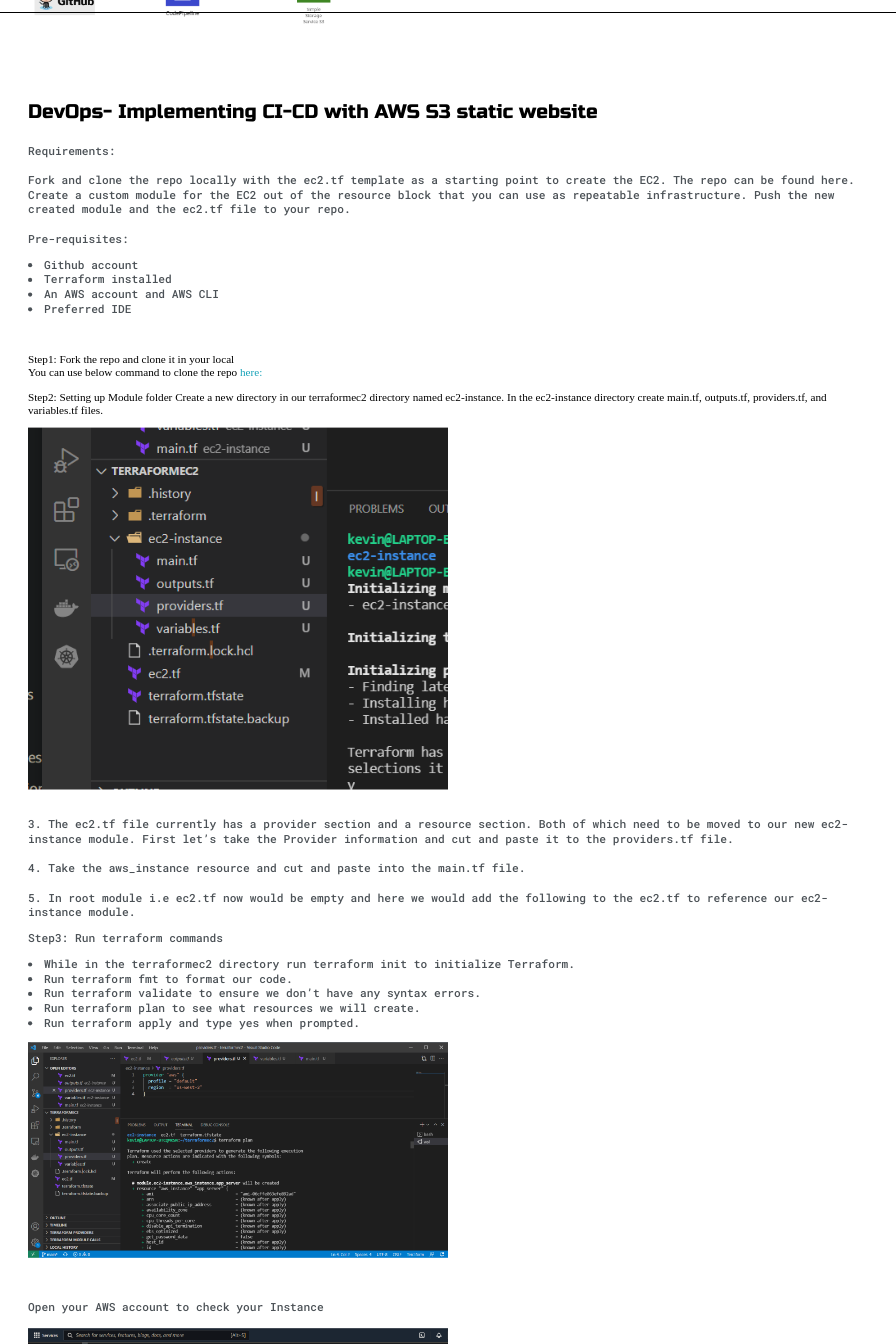
Repository: kevAnto/P_folio
Page: static.html
An editor plug-in stored every save of this project. The page is shown before and after the next save, followed by the edit.
The browser window is 1280 px wide. The pictures show the part of the page from y = 347 to 2267 px (the page is 3127 px tall before and 3106 px after), at 70% of full size.

Above is the page before, as saved 2022-02-24 11:33:00.

### static.html
<!DOCTYPE html>
<html>

<head>
	<title>Antoine Choula</title>


	<meta name="viewport" content="width=device-width, initial-scale=1, maximum-scale=1, minimum-scale=1" />

	<link href="https://fonts.googleapis.com/css2?family=Russo+One&amp;display=swap" rel="stylesheet">

	<link href="https://fonts.googleapis.com/css2?family=Roboto+Mono:wght@500&amp;display=swap" rel="stylesheet">

	<link rel="stylesheet" type="text/css" href="default.css">


	<style type="text/css">
		.img-container{
			max-width: 600px;
		}

		img{
			width: 100%
		}

	</style>

</head>
<body>
	<div class="nav-wrapper">

		<!-- Link around dots-wrapper added after tutorial video -->
		<a href="index.html">
			<div class="dots-wrapper">
				<div id="dot-1" class="browser-dot"></div>
				<div id="dot-2" class="browser-dot"></div>
				<div id="dot-3" class="browser-dot"></div>
			</div>
		</a>

		<ul id="navigation">
			<li><a href="index.html">About</a></li>
			<li><a href="blog.html">Blog</a></li>
			<li><a href="index.html#contact">Contact</a></li>

		</ul>
	</div>

	<div class="main-container">
		<br>

		<div class="img-container">
			<img src="images/static.png">
		</div>

		<h3>DevOps- Implementing CI-CD with AWS S3 static website</h3>


		<p> Requirements: <br><br>

            Fork and clone the repo locally with the ec2.tf template as a starting point to create the EC2. The repo can be found here.
            Create a custom module for the EC2 out of the resource block that you can use as repeatable infrastructure.
            Push the new created module and the ec2.tf file to your repo. <br><br>

        Pre-requisites:

            <li>Github account</li>
            <li>Terraform installed</li>
            <li>An AWS account and AWS CLI</li>
            <li>Preferred IDE</li>
		<br>
		<br>

		<br>
			Step1: Fork the repo and clone it in your local

		<br>
        You can use below command to clone the repo <a href="https://github.com/kevAnto/terraformec2/blob/main/ec2.tf">here:</a> <br><br>

        Step2: Setting up Module folder

    Create a new directory in our terraformec2 directory named ec2-instance.
    In the ec2-instance directory create main.tf, outputs.tf, providers.tf, and variables.tf files.
		</p>

		<div class="img-container">
			<img src="images/tf1(1).PNG">
		</div>

		<br>
		<p>
            3. The ec2.tf file currently has a provider section and a resource section. Both of which need to be moved to our new ec2-instance module. First let’s take the Provider information and cut and paste it to the providers.tf file.
		<br>
		<br>
		    4. Take the aws_instance resource and cut and paste into the main.tf file.
		<br>

        <br>

            5. In root module i.e ec2.tf now would be empty and here we would add the following to the ec2.tf to reference our ec2-instance module.

		<br>

        <p>
            Step3: Run terraform commands


            <li>While in the terraformec2 directory run terraform init to initialize Terraform.</li>
            <li>Run terraform fmt to format our code.</li>
            <li>Run terraform validate to ensure we don’t have any syntax errors.</li>
            <li>Run terraform plan to see what resources we will create.</li>
            <li>Run terraform apply and type yes when prompted.</li>

		<br>

		<div class="img-container">
			<img src="images/tf2(1).PNG">
		</div>

		<br>
		<p>
		<br>
		Open your AWS account to check your Instance

		<br>

		<div class="img-container">
			<img src="images/running.PNG">
		</div>

		<p>
            <br>Step5: Destroy the resources <br> <br>Once you are done with creation of resources and you have verified it,
		<br>

		<div class="img-container">
			<img src="images/tf3(1).PNG">
		</div>

		<br>
		<p>
            <p>
             Next step is to destroy all the resources created in order to avoid any unnecessary charges from AWS.
            <br>

		<br>

		<div class="img-container">
			<img src="images/tf4.PNG">
		</div>
		<p>


            <br>



	</div>

</body>

</html>

### default.css
:root{
	--mainColor:#eaeaea;
	--secondaryColor:#fff;

	--borderColor:#c1c1c1;

	--mainText:black;
	--secondaryText:#4b5156;

	--themeDotBorder:#24292e;

	--previewBg:rgb(251, 249, 243, 0.8);
	--previewShadow:#f0ead6;


	--buttonColor:black;


}


html, body{
	padding: 0;
	margin: 0;
	scroll-behavior: smooth;
}

body *{
	transition: 0.3s;
}


h1, h2, h3, h4, h5, h6, strong{
	color: var(--mainText);
	font-family: 'Russo One', sans-serif;
	font-weight: 500;
}

p, li, span, label, input, textarea{
	color: var(--secondaryText);
	font-family: 'Roboto Mono', monospace;
}

a{
	text-decoration: none;
	color:#17a2b8;
}

ul{
	list-style: none;
}

h1 { font-size: 56px;}
h2 { font-size: 36px;}
h3 { font-size: 28px;}
h4 { font-size: 24px;}
h5 { font-size: 20px;}
h6 { font-size: 16px;}


.s1{
	background-color: var(--mainColor);
	border-bottom:1px solid var(--borderColor);
	overflow:auto;
}

.s2{
	background-color: var(--secondaryColor);
	border-bottom:1px solid var(--borderColor);
	overflow:auto;
}




.main-container{
	width: 1200px;
	margin: 0 auto;
}


.greeting-wrapper{
	display: grid;
	text-align: center;
	align-content: center;
	min-height: 10em;

}

.intro-wrapper{
	background-color: var(--secondaryColor);
	border:1px solid var(--borderColor);
	border-radius:5px 5px 0 0;


	-webkit-box-shadow: -1px 1px 3px -1px rgba(0,0,0,0.75);
	-moz-box-shadow: -1px 1px 3px -1px rgba(0,0,0,0.75);
	box-shadow: -1px 1px 3px -1px rgba(0,0,0,0.75);

	display: grid;
	grid-template-columns: 1fr 1fr;
	grid-template-areas:
		'nav-wrapper nav-wrapper'
		'left-column right-column'
	;
}


.nav-wrapper{
	border-radius:5px 5px 0 0;
	grid-area:nav-wrapper;
	border-bottom: 1px solid var(--borderColor);
	display: flex;
	justify-content: space-between;
	align-items: center;
	background-color: var(--mainColor);
}

#navigation a{
	color:var(--mainText);
}


#navigation{
	margin:0;
	padding: 10px;
}

#navigation li{
	display: inline-block;
	margin-right: 5px;
	margin-left:5px;
}

.dots-wrapper{
	display: flex;
	padding: 10px;
}

#dot-1{
	background-color:  #2ACA3E;
}

#dot-2{
	background-color:  #FC6058;
}

#dot-3{
	background-color:  #FEC02F;
}

.browser-dot{
	background-color: black;
	height: 15px;
	width: 15px;
	border-radius: 50%;
	margin: 5px;

	-webkit-box-shadow: -1px 1px 3px -1px rgba(0,0,0,0.75);
	-moz-box-shadow: -1px 1px 3px -1px rgba(0,0,0,0.75);
	box-shadow: -1px 1px 3px -1px rgba(0,0,0,0.75);

}


.left-column{
	grid-area: left-column;
	padding-top:50px;
	padding-bottom: 50px;
}

#profile_pic{
	display: block;
	margin:0 auto;

	height: 200px;
	width: 200px;
	object-fit: cover;
	border:2px solid var(--borderColor);
}


#theme-options-wrapper{
	display: flex;
	justify-content: center;
}

.theme-dot{
	height: 30px;
	width: 30px;
	background-color: black;
	border-radius: 50%;

	margin: 5px;
	border:2px solid var(--themeDotBorder);

	-webkit-box-shadow: -1px 1px 3px -1px rgba(0,0,0,0.75);
	-moz-box-shadow: -1px 1px 3px -1px rgba(0,0,0,0.75);
	box-shadow: -1px 1px 3px -1px rgba(0,0,0,0.75);

	cursor: pointer;
}


.theme-dot:hover{
	border-width: 5px;
}


#light-mode{
	background-color: #fff;
}

#blue-mode{
	background-color: #192734;
}

#green-mode{
	background-color: #78866b;
}

#purple-mode{
	background-color: #7E4C74;
}

#settings-note{
	font-size: 12px;
	font-style: italic;
	text-align: center;
}

.right-column{
	grid-area: right-column;
	display: grid;
	align-content: center;

	padding-top: 50px;
	padding-bottom: 50px;
}


#preview-shadow{
	background-color: var(--previewShadow);
	max-width: 300px;
	height: 180px;
	padding-left: 30px;
	padding-top: 30px;
}

#preview{
	width: 300px;
	border:1.5px solid #17a2b8;
	background-color: var(--previewBg);
	padding:15px;
	position: relative;
}

.corner{
	width:7px;
	height: 7px;
	border-radius: 50%;
	border:1.5px solid #17a2b8;
	background-color: #fff;
	position: absolute;
}

#corner-tl{
	top:-5px;
	left: -5px
}

#corner-tr{
	top:-5px;
	right: -5px
}


#corner-br{
	bottom:-5px;
	right: -5px
}


#corner-bl{
	bottom:-5px;
	left: -5px
}

.about-wrapper{
	display: grid;
	grid-template-columns: repeat(auto-fit, minmax(320px, 1fr));
	padding-bottom: 50px;
	padding-top: 50px;
	gap:100px;
}


#skills{
	display: flex;
	justify-content: space-evenly;
	background-color: var(--previewShadow);
}

.social-links{
	display: grid;
	align-content: center;
	text-align: center;
}

#social_img{
	width: 100%;
}


.post-wrapper{
	display: grid;
	grid-template-columns: repeat(auto-fit, 320px);
	gap:20px;
	justify-content: center;
	padding-bottom: 50px;
}

.post{
	border:1px solid var(--borderColor);
	-webkit-box-shadow: -2px 7px 21px -9px rgba(0,0,0,0.75);
	-moz-box-shadow: -2px 7px 21px -9px rgba(0,0,0,0.75);
	box-shadow: -2px 7px 21px -9px rgba(0,0,0,0.75);
}

.thumbnail{
	display: block;
	width: 100%;
	height:180px;
	object-fit: cover;
}

.sami{
	display: flex;
	width: 40%;
	height:80px;
	object-fit: cover;

}

.sami1 {
	display: grid;
	grid-gap: 1px;
	grid-template-columns: minmax(200px, 1fr) 200px 200px;
	background-color: #fff;
	color: #444;
	width: 40%;
	height:80px;
	object-fit: cover;
  }

  .sami2 {

	grid-template-columns: minmax(200px, 1fr) 200px 400px;

  }

.post-preview{
	background-color: #fff;
	padding:15px;
}

.post-title{
	color:black;
	margin: 0;
}

.post-intro{
	color:#4b5156;
	font-size: 14px;
}


#contact-form{
	display: block;
	max-width: 600px;
	margin: 0 auto;
	border: 1px solid var(--borderColor);
	padding: 15px;
	border-radius: 5px;
	background-color: var(--mainColor);
	margin-bottom: 50px;

}

#contact-form label{
	line-height: 2.7em;
}

#contact-form textarea{
	min-height: 100px;
	font-size: 14px;
}


.input-field{
	width: 100%;
	padding-top: 10px;
	padding-bottom:10px;
	background-color: var(--secondaryColor);
	border-radius: 5px;
	border:1px solid var(--borderColor);
	font-size: 14px;
}


#submit-btn{
	margin-top: 10px;
	width: 100%;
	padding-top: 10px;
	padding-bottom:10px;
	color: #fff;
	background-color: var(--buttonColor);
	border:none;
}


@media screen and (max-width: 1200px){
	.main-container{
		width: 95%;
	}
}

@media screen and (max-width: 800px){
	.intro-wrapper{
		grid-template-columns: 1fr;
		grid-template-areas:
			'nav-wrapper'
			'left-column'
			'right-column'
		;
	}

	.right-column{
		justify-content: center;
	}

}

@media screen and (max-width: 400px){
	#preview-shadow{
		max-width: 280px;
		height: 180px;
		padding-left: 10px;
		padding-top: 10px;
	}

	#preview{
		width: 280px;

	}

}

After the next save:
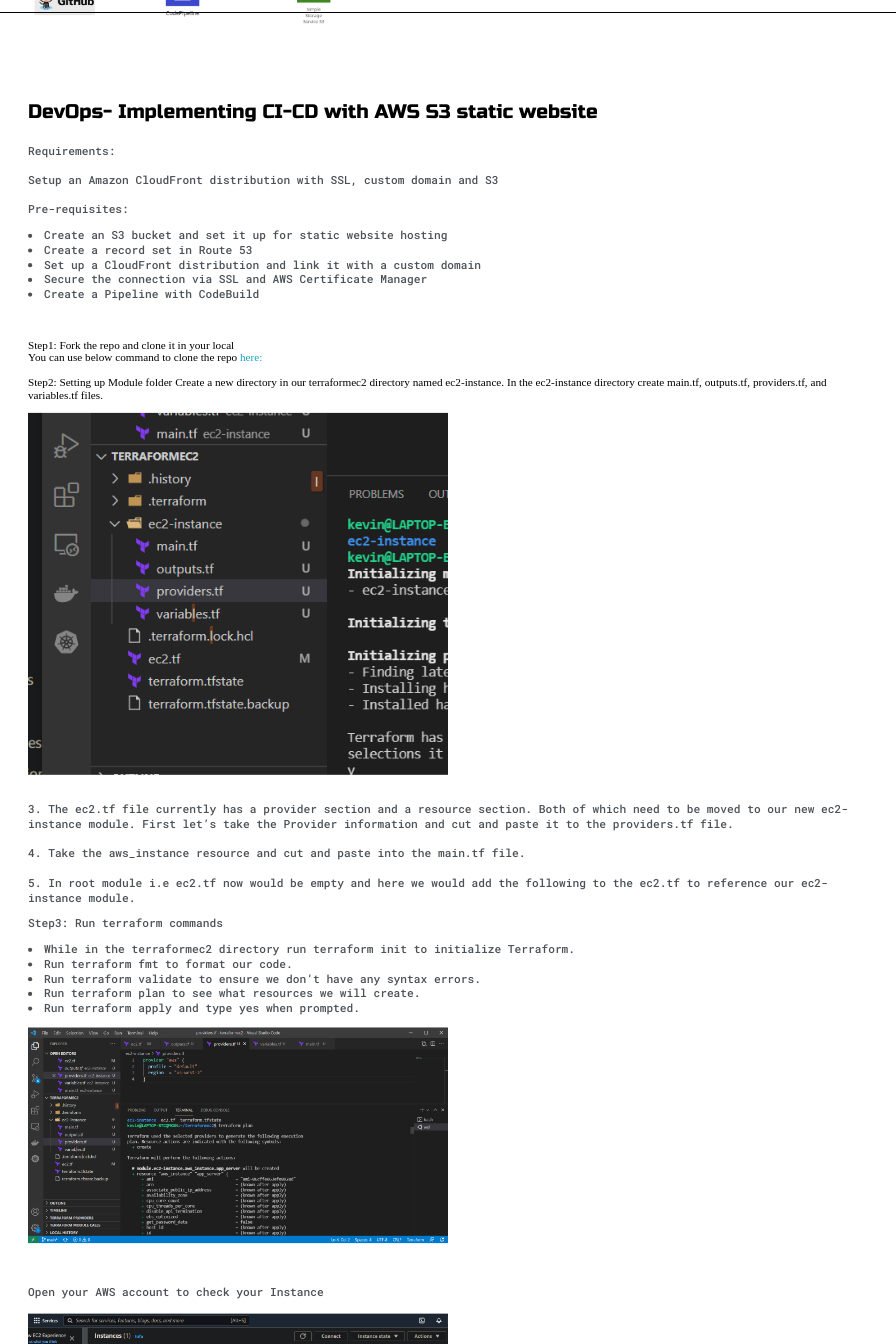
Saved 6 min 53 s later.
--- a/static.html
+++ b/static.html
@@ -58,16 +58,15 @@
 
 		<p> Requirements: <br><br>
 
-            Fork and clone the repo locally with the ec2.tf template as a starting point to create the EC2. The repo can be found here.
-            Create a custom module for the EC2 out of the resource block that you can use as repeatable infrastructure.
-            Push the new created module and the ec2.tf file to your repo. <br><br>
+            Setup an Amazon CloudFront distribution with SSL, custom domain and S3 <br><br>
 
         Pre-requisites:
 
-            <li>Github account</li>
-            <li>Terraform installed</li>
-            <li>An AWS account and AWS CLI</li>
-            <li>Preferred IDE</li>
+            <li>Create an S3 bucket and set it up for static website hosting </li>
+            <li>Create a record set in Route 53 </li>
+            <li>Set up a CloudFront distribution and link it with a custom domain  </li>
+            <li>Secure the connection via SSL and AWS Certificate Manager </li>
+			<li>Create a Pipeline with CodeBuild</li>
 		<br>
 		<br>
 
